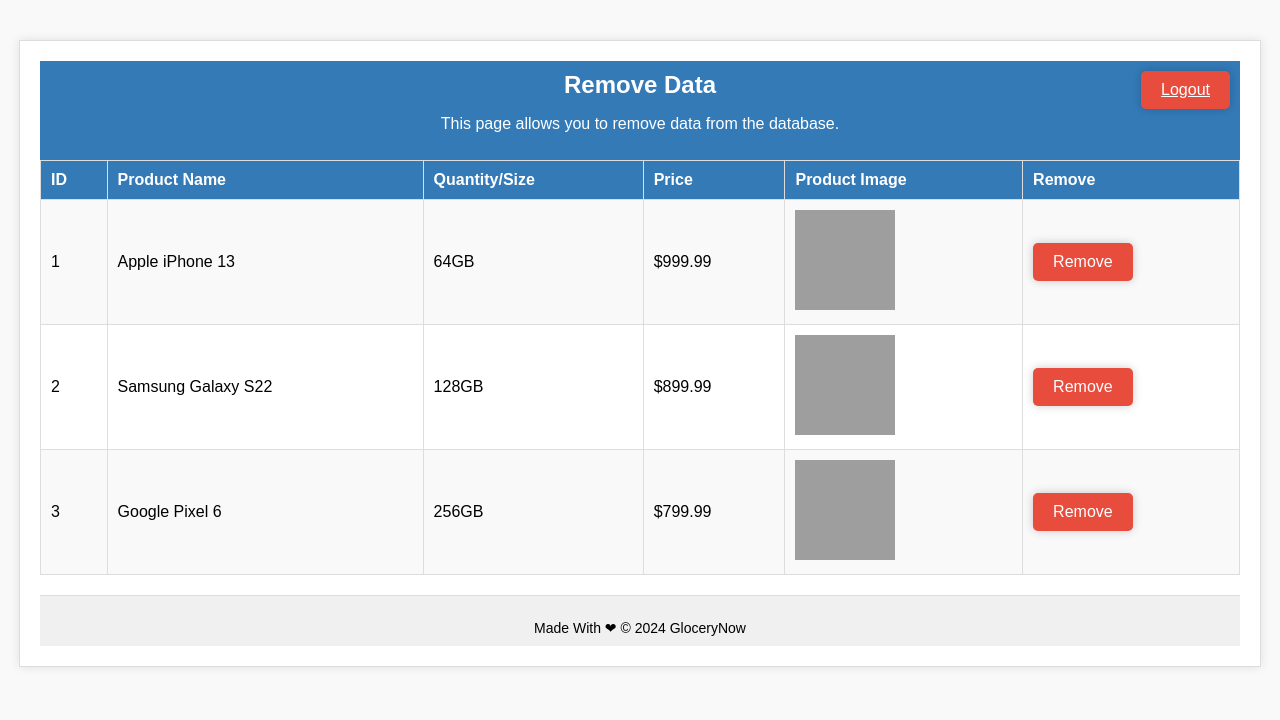
Repository: shamchiwade/GroceryNow
Page: http://localhost/ShopManagement/removeData.jsp
The author's editor kept a copy of each file at every save. The page is drawn from the files as they stood at one save, then again after the next save.
The browser window is 1280 px wide. The pictures show the whole page.
Pictures or frames that could not be fetched are drawn as grey boxes. The page is served by Tomcat 10. Nobody is signed in. The application's start-up code is not run. Other server files are loaded and not shown.

Above is the page before, as saved 2024-10-07 19:47:16.

### ShopManagement/src/main/webapp/removeData.jsp
<!-- removeData.jsp -->

<%@ page language="java" contentType="text/html; charset=UTF-8"
    pageEncoding="UTF-8"%>
<!DOCTYPE html>
<html>
<head>
    <title>Remove Data</title>
    <style>
        body {
            font-family: Arial, sans-serif;
            margin: 0;
            padding: 0;
            background-color: #f9f9f9;
        }

        .admin-container {
            max-width: 1200px;
            margin: 40px auto;
            padding: 20px;
            background-color: #fff;
            border: 1px solid #ddd;
            box-shadow: 0 0 10px rgba(0, 0, 0, 0.1);
        }

        .admin-header {
            background-color: #337ab7;
            color: #fff;
            padding: 10px;
            text-align: center;
            border-bottom: 1px solid #337ab7;
            position: relative;
        }

        .admin-header h1 {
            margin-top: 0;
            font-size: 24px;
        }

        .logout-button {
            position: absolute;
            top: 10px;
            right: 10px;
            background-color: #e74c3c;
            color: #fff;
            padding: 10px 20px;
            border: none;
            font-size: 16px;
            cursor: pointer;
            border-radius: 5px;
            box-shadow: 0 0 10px rgba(0, 0, 0, 0.2);
        }

        .logout-button:hover {
            background-color: #c0392b;
        }

        .data-table {
            width: 100%;
            border-collapse: collapse;
            margin-bottom: 20px;
        }

        .data-table th, .data-table td {
            border: 1px solid #ddd;
            padding: 10px;
            text-align: left;
        }

        .data-table th {
            background-color: #337ab7;
            color: #fff;
        }

        .data-table tr:nth-child(even) {
            background-color: #f9f9f9;
        }

        .data-table tr:hover {
            background-color: #f2f2f2;
        }

        .remove-button {
            background-color: #e74c3c;
            color: #fff;
            padding: 10px 20px;
            border: none;
            font-size: 16px;
            cursor: pointer;
            border-radius: 5px;
            box-shadow: 0 0 10px rgba(0, 0, 0, 0.2);
        }

        .remove-button:hover {
            background-color: #c0392b;
        }

        .admin-footer {
            background-color: #f0f0f0;
            padding: 10px;
            text-align: center;
            clear: both;
            border-top: 1px solid #ddd;
        }

        .admin-footer p {
            margin-bottom: 0;
            font-size: 14px;
        }
    </style>
</head>
<body>
    <div class="admin-container">
        <div class="admin-header">
            <h1>Remove Data</h1>
            <p>This page allows you to remove data from the database.</p>
            <a href="logout.jsp" class="logout-button">Logout</a>
        </div>
        <table class="data-table">
            <tr>
                <th>ID</th>
                <th>Product Name</th>
                <th>Quantity/Size</th>
                <th>Price</th>
                <th>Product Image</th>
                <th>Remove</th>
            </tr>
            <tr>
                <td>1</td>
                <td>Apple iPhone 13</td>
                <td>64GB</td>
                <td>$999.99</td>
                <td><img src="https://example.com/iphone13.jpg" width="100" height="100"></td>
                <td><button class="remove-button">Remove</button></td>
            </tr>
            <tr>
                <td>2</td>
                <td>Samsung Galaxy S22</td>
                <td>128GB</td>
                <td>$899.99</td>
                <td><img src="https://example.com/galaxys22.jpg" width="100" height="100"></td>
                <td><button class="remove-button">Remove</button></td>
            </tr>
            <tr>
                <td>3</td>
                <td>Google Pixel 6</td>
                <td>256GB</td>
                <td>$799.99</td>
                <td><img src="https://example.com/pixel6.jpg" width="100" height="100"></td>
                <td><button class="remove-button">Remove</button></td>
            </tr>
        </table>
        <div class="admin-footer">
            <p>Made With ❤ &copy; 2024 GloceryNow</p>
        </div>
    </div>
</body>
</html>

After the next save:
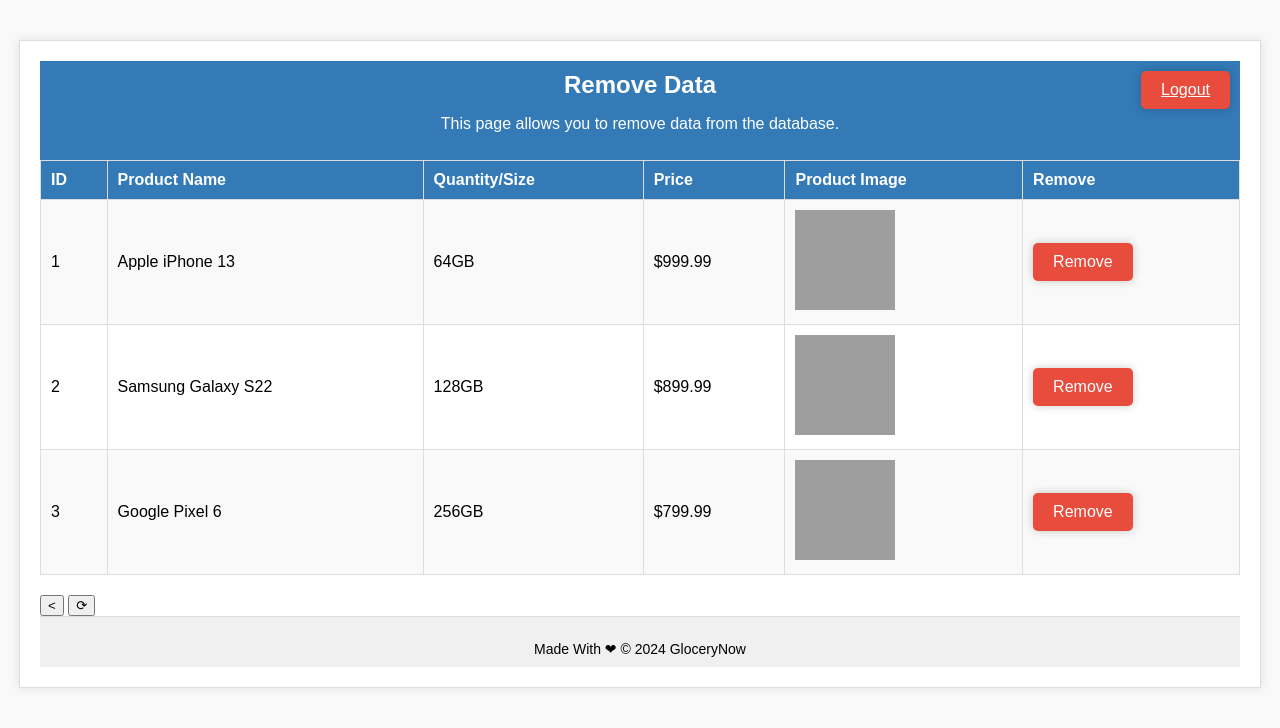
Saved 55 s later.
--- a/ShopManagement/src/main/webapp/removeData.jsp
+++ b/ShopManagement/src/main/webapp/removeData.jsp
@@ -150,6 +150,11 @@
                 <td><button class="remove-button">Remove</button></td>
             </tr>
         </table>
+
+
+		<button class="btn" onclick="location.href='adminHome.jsp'"><%="<"%></button>
+		<button class="btn" onclick="location.href='addData.jsp'">&#10227;</button>
+
         <div class="admin-footer">
             <p>Made With ❤ &copy; 2024 GloceryNow</p>
         </div>
